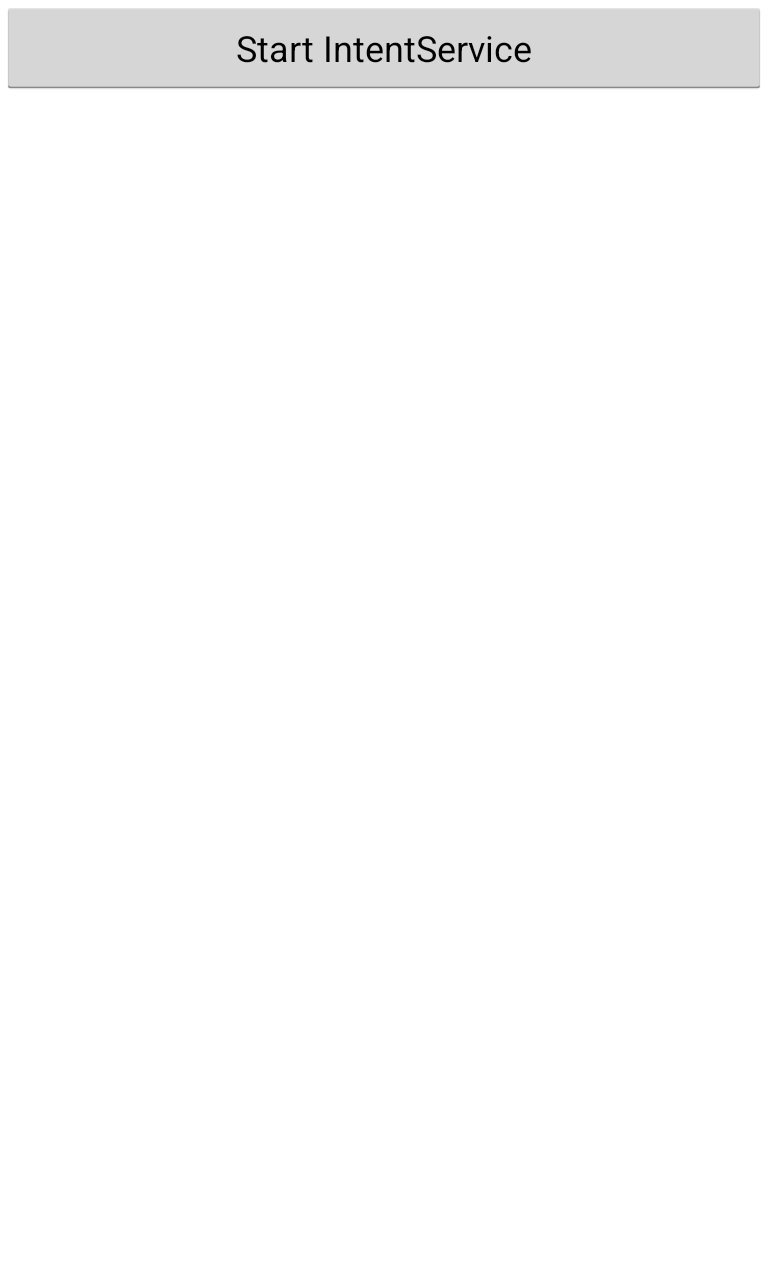
Repository: Liu-D-Henrry/Android
Layout: DemoService/res/layout/intent_service_activity.xml
An editor plug-in stored every save of this project. The layout is shown before and after the next save, followed by the edit.
It is drawn on a 768 x 1280 px phone screen (xhdpi) without system bars, with theme AppTheme; the app's code is not run.

Above is the layout before, as saved 2013-09-01 11:39:14.

### DemoService/res/layout/intent_service_activity.xml
<?xml version="1.0" encoding="utf-8"?>
<LinearLayout xmlns:android="http://schemas.android.com/apk/res/android"
    android:layout_width="match_parent"
    android:layout_height="match_parent"
    android:orientation="vertical" >

    <Button
        android:id="@+id/startIntentService"
        android:layout_width="match_parent"
        android:layout_height="wrap_content"
        android:text="@string/startIntentService" />

</LinearLayout>

### DemoService/res/values/strings.xml
<?xml version="1.0" encoding="utf-8"?>
<resources>

    <string name="app_name">DemoService</string>
    <string name="action_settings">Settings</string>
    <string name="hello_world">Hello world!</string>

    <string name="startService">Start Service</string>
    <string name="stopService">Stop Service</string>
    <string name="bindService">Bind Service</string>
    <string name="unbindService">Unbind Service</string>
    <string name="startBindService">Start Bind Service</string>
    <string name="stopBindService">Stop Bind Service</string>
    <string name="startIntentService">Start IntentService</string>
    <string name="startAIDLService">Start AIDL Service</string>
    <string name="serviceStatus">Get Service Status</string>

</resources>

Loaded but not shown: DemoService/res/values/styles.xml (common file); DemoService/res/values-v11/styles.xml (common file); DemoService/res/values-v14/styles.xml (common file)

After the next save:
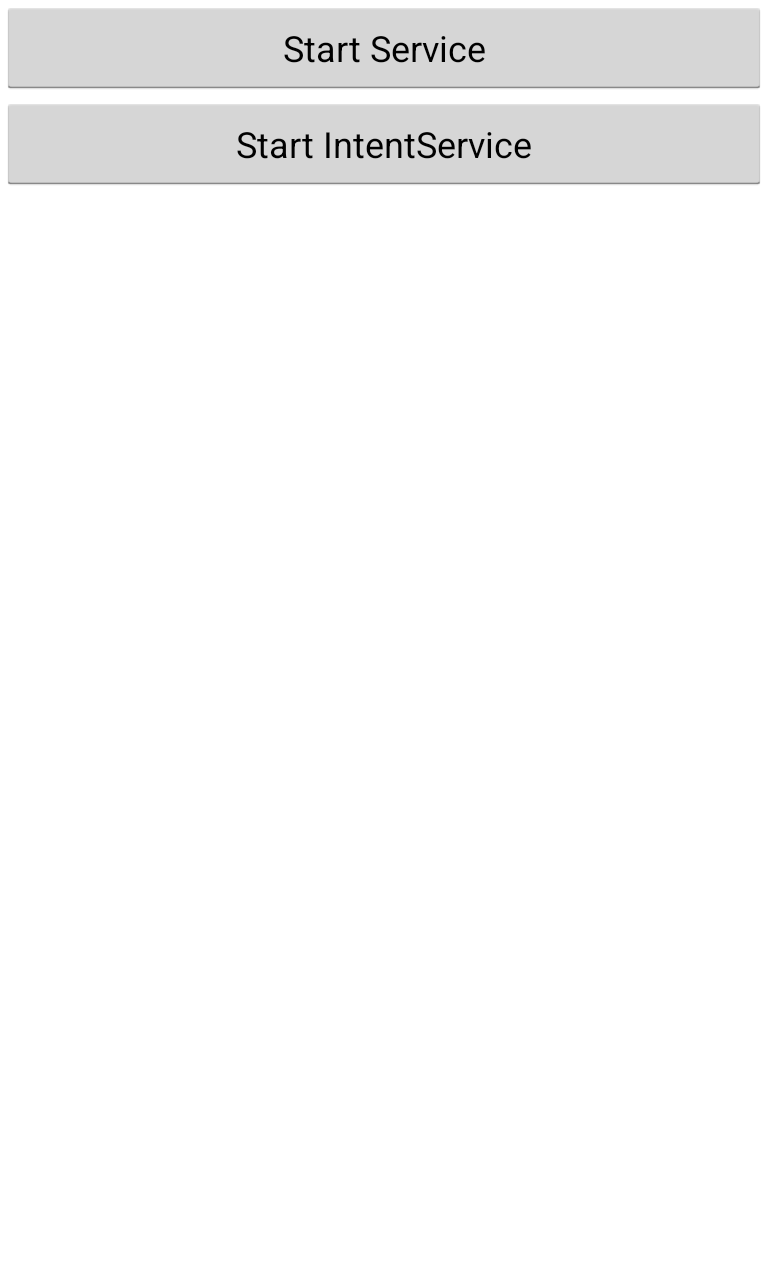
Saved 4 min 37 s later.
--- a/DemoService/res/layout/intent_service_activity.xml
+++ b/DemoService/res/layout/intent_service_activity.xml
@@ -3,6 +3,12 @@
     android:layout_width="match_parent"
     android:layout_height="match_parent"
     android:orientation="vertical" >
+
+    <Button
+        android:id="@+id/startService"
+        android:layout_width="match_parent"
+        android:layout_height="wrap_content"
+        android:text="@string/startService" />
 
     <Button
         android:id="@+id/startIntentService"
